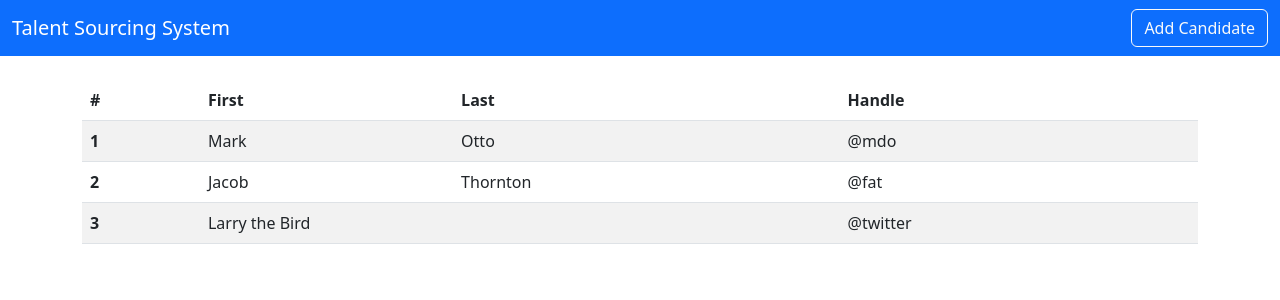
Repository: mfd10/talent-sourcing-system-frontend
Page: /
These files come from the project's save history. The page is drawn as it stood at one moment and after the next save; the edit follows.
The browser window is 1280 px wide. The pictures show the whole page.
The page's requests for data from a server got no answer. The project was rebuilt for these pictures with package versions that can differ from the ones it lists, and the page was loaded fresh each time. No one was signed in, and anything a server would have sent is missing.

Above is the page before, as saved 2022-11-11 00:37:33.

### src/index.js
import React from 'react';
import ReactDOM from 'react-dom/client';
import App from './App';
import reportWebVitals from './reportWebVitals';

const cors = require('cors');
const corsOptions ={
    origin:'http://localhost:3000',
    credentials:true,            //access-control-allow-credentials:true
    optionSuccessStatus:200
}

const root = ReactDOM.createRoot(document.getElementById('root'));
root.render(
  <React.StrictMode>
    <App />
  </React.StrictMode>
);

// If you want to start measuring performance in your app, pass a function
// to log results (for example: reportWebVitals(console.log))
// or send to an analytics endpoint. Learn more: https://bit.ly/CRA-vitals
reportWebVitals();
App.use(cors(corsOptions));

### src/App.js
import "../node_modules/bootstrap/dist/css/bootstrap.min.css"
import Navbar from './layout/Navbar';
import Home from "./pages/Home";

function App() {
  return (
    <div className="App">

      <Navbar></Navbar>
      <Home/>
    </div>
  );
}

export default App;

### src/layout/Navbar.js
import React from "react";

export default function Navbar() {
  return (
    <div>
      <nav className="navbar navbar-expand-lg navbar-dark bg-primary">
        <div className="container-fluid">
          <a href="/#" className="navbar-brand" >
            Talent Sourcing System
          </a>
          <button
            className="navbar-toggler"
            type="button"
            data-bs-toggle="collapse"
            data-bs-target="#navbarSupportedContent"
            aria-controls="navbarSupportedContent"
            aria-expanded="false"
            aria-label="Toggle navigation"
          >
            <span className="navbar-toggler-icon"></span>
          </button>
          <button className="btn btn-outline-light">Add Candidate
          </button>
        </div>
      </nav>
    </div>
  );
}

### src/pages/Home.js
import React, { useEffect, useState } from "react";
import axios from "axios";

export default function Home() {
  const [candidates, setCandidates] = useState([]);

  useEffect(() => {
    loadCandidates();
  },[]);

  const loadCandidates = async () => {
    const result = await axios.get("http://localhost:8080/candidate/candidates");
    console.log(result.data);
  };

  return (
    <div className="container">
      <div className="py-4">
        <table className="table table-striped ">
          <thead>
            <tr>
              <th scope="col">#</th>
              <th scope="col">First</th>
              <th scope="col">Last</th>
              <th scope="col">Handle</th>
            </tr>
          </thead>
          <tbody>
            <tr>
              <th scope="row">1</th>
              <td>Mark</td>
              <td>Otto</td>
              <td>@mdo</td>
            </tr>
            <tr>
              <th scope="row">2</th>
              <td>Jacob</td>
              <td>Thornton</td>
              <td>@fat</td>
            </tr>
            <tr>
              <th scope="row">3</th>
              <td colspan="2">Larry the Bird</td>
              <td>@twitter</td>
            </tr>
          </tbody>
        </table>
      </div>
    </div>
  );
}

Loaded but not shown: public/index.html (common file); src/reportWebVitals.js (common file)

After the next save:
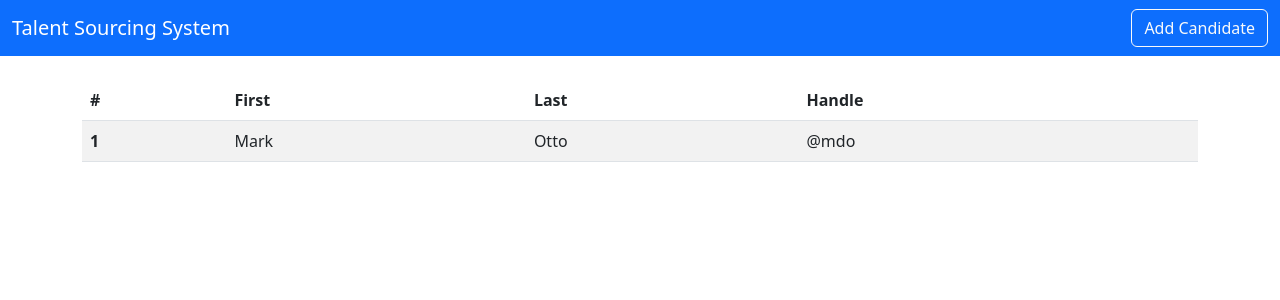
Saved 20 h 24 min later.
--- a/src/pages/Home.js
+++ b/src/pages/Home.js
@@ -32,17 +32,6 @@ export default function Home() {
               <td>Otto</td>
               <td>@mdo</td>
             </tr>
-            <tr>
-              <th scope="row">2</th>
-              <td>Jacob</td>
-              <td>Thornton</td>
-              <td>@fat</td>
-            </tr>
-            <tr>
-              <th scope="row">3</th>
-              <td colspan="2">Larry the Bird</td>
-              <td>@twitter</td>
-            </tr>
           </tbody>
         </table>
       </div>
